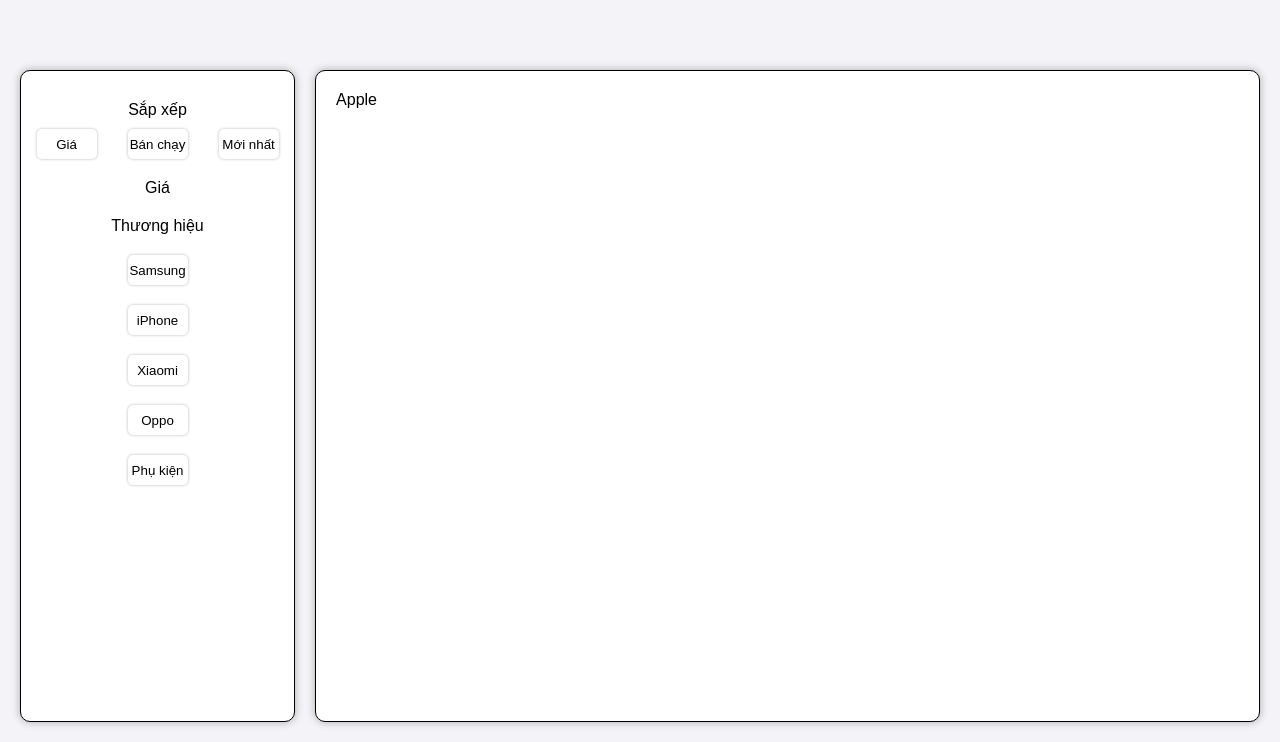
Repository: TrungSonQNIT2k4/ZENTECH
Page: showsp.html
The author's editor kept a copy of each file at every save. The page is drawn from the files as they stood at one save, then again after the next save.
The browser window is 1280 px wide. The pictures show the whole page.
Some web fonts or font styles are not loaded; a fallback is used.

Above is the page before, as saved 2024-11-22 21:49:40.

### showsp.html
<!DOCTYPE html>
<html lang="en">

<head>
    <meta charset="UTF-8">
    <meta name="viewport" content="width=device-width, initial-scale=1.0">
    <title>ZENTECH</title>
    <link rel="stylesheet" href="style.css">
    <link rel="icon" type="image/png" href="/Data/Image/ICONLOGOZ.png" />
    <link href="https://fonts.googleapis.com/css2?family=Francois+One&display=swap" rel="stylesheet">
</head>
<body>
    <div class="container_show_item">
        <div class="menu_choose">
            <div class="Sort">
                <p>Sắp xếp</p>
                <div class="tools">
                    <button>Giá</button>
                    <button>Bán chạy</button>
                    <button>Mới nhất</button>
                </div>
            </div>
            <div class="Price_choose">
                <p>Giá</p>
                <div></div>
            </div>
            <div class="Brand_choose">
                <p>Thương hiệu</p>
                <div class="Brand_tools">
                    <button>Samsung</button>
                    <button>iPhone</button>
                    <button>Xiaomi</button>
                    <button>Oppo</button>
                    <button>Phụ kiện</button>
                </div>
            </div>
        </div>
        <div class="Show_item">
            <div class="name_brand">
                Apple
            </div>
        </div>
    </div>
</body>
</html>

### style.css
*{
    padding: 0;
    margin: 0;
    font-family: 'Francois One', sans-serif;
}
body{
  background-color: #F4F4F8;
}
p{
  color: black;
}
a{
    text-decoration: none;
}
li{
    list-style-type: none;
}
.header{
    display: flex;
    position: fixed;
    background-color: #F4F4F8;
    height: 100px;
    top: 0;
    left: 0;
    width: 100%;
    z-index: 1000;
    box-shadow: 0 6px 10px rgba(0, 0, 0, 0.15);
}
.header_inner{
  width: 100%;
  background-color: #F4F4F8;
  display: flex;
  margin: 10px;
  margin: 10px;
  justify-content: space-between;
  align-items: center;
  position: relative;
}
.header_logo{
  margin-top: 15px;
  padding: 5px;
  height: 120px;
  width: 200px;
  transition: all 0.6s;
}
.header_logo:hover{
  transform: scale(1.05);
}
.globalnav-list{
  display: flex;
  align-items: center;
  font-size: 25px;
  font-family: 'Francois One', sans-serif;
  white-space: nowrap;
}
.globalnav-list-content{
  margin-left: 30px;
  margin-right: 30px;
  transition: all 0.1s;
}
.globalnav-list-content:hover{
  color: red;
}
.menu_item{
  margin: 0 1rem;
}
.menu_item:hover .menu_child{
  opacity: 1;
  visibility: visible;
}
.menu_child{
  background-color: whitesmoke;
  display: flex;
  position: absolute;
  top: 120%;
  left: 0;
  width: 97%;
  padding: 20px;
  border-radius: 20px;
  opacity: 0;
  visibility: hidden;
  justify-content: space-around;
  transition: opacity 0.25s ease, visibility 0.25s ease;
  box-shadow: 0 0 8px rgba(0, 0, 0, 0.15);
}
.menu_child-list p{
  transition: 0.1s;
}
.menu_child-list p:hover{
  color: red;
}
.globalnav-tool{
  display: flex;
  align-items: center;
  white-space: nowrap;
}
.globalnav-tool-content{
  margin-left: 30px;
  margin-right: 30px;
  transition:all 0.5s;
}
.globalnav-tool-content:hover{
  transform: scale(1.1);
}
.icon{
    height: 30px;
    width: 30px;
    margin-top: 5px;
    margin-right: 5px;
}
.container{
    margin-top: 120px;
    margin-bottom: 350px;
    min-height: 1300px;
    background-color: #F4F4F8;
    margin-bottom: 500px;
}
.slogan p{
  font-size: 20px;
  margin: 10px;
  text-align: center;
  color: red;
}
.banner{
  display: flex;
  justify-content: center;
  min-height: 450px;
  width: 1300px;
  margin-right: 30px;
  margin-left: 30px;
  white-space: nowrap;
}
.banner ul{
  padding: 0;
  margin: 0;
  list-style-type: none;
}
.banner-content img{
  border-radius: 10px;
  height: 450px;
  width: 1200px;
}
.smartphone{
  margin-left: 30px;
  margin-right: 30px;
  height: 60px;
  white-space: nowrap;
}
.smartphone ul {
  justify-content: space-around;
  display: flex;
  padding: 0;
  margin-bottom: 20px;
  list-style-type: none;
}

.smartphone li {
  display: flex;
}
.smartphone-content{
  margin: 10px;
  border-radius: 10px;
  border: none;
  background-color: rgba(255, 0, 0, 0);
}
.smartphone-content img{
  border-radius: 10%;
  height: 250px;
  width: 250px;
  box-shadow: 4px 4px 8px rgba(0, 0, 0, 0.3);
  transition: all 0.6s;
}
.smartphone-content img:hover{
  transform: scale(1.05);
  box-shadow: 6px 6px 12px rgba(0, 0, 0, 0.5);
}
.header-item{
  margin-left: 30px;
  margin-right: 30px;
  display: flex;
  justify-content: space-between;
}
.header-topic button{
  height: 30px;
  width: 300px;
  background-color: #D2B48C;
  border: none;
  border-radius: 5px;
}
.header-topic h3{
  transition: all 0.3s;
}
.header-topic h3:hover{
  color: white;
}
.other-link button{
  height: 30px;
  width: 80px;
  margin-left: 5px;
  margin-right: 5px;
  border-radius: 10px;
  transition: all 0.4s;
}
.other-link button:hover{
  transform: scale(1.05);
}
.other-link p:hover{
  color: red;
}
.smartphone-items{
  margin-left: 30px;
  margin-right: 30px;
  display: flex;
}

.smartphone-item button{
  height: 300px;
  width: 240px;
  border-radius: 10px;
  border: none;
  background-color: white;
  box-shadow: 4px 4px 8px rgba(0, 0, 0, 0.3);
  transition: all 0.6s;
}
.smartphone-item button:hover{
  transform: scale(1.05);
}
.smartphone-item img{
  height: 190px;
  width: 180px;
  margin-bottom: 10px;
}
.smartphone-item p{
  font-size: 20px;
  font-weight: 100;
}
.price{
  color: red;
}
::-webkit-scrollbar {
  width: 12px;
  height: 12px;
}

/* Phần thanh kéo */
::-webkit-scrollbar-thumb {
  background-color: #888;
  border-radius: 10px;
  border: 3px solid #f1f1f1;
}

/* Phần đường ray */
::-webkit-scrollbar-track {
  background-color: #f1f1f1;
  border-radius: 10px;
}

/* Phần thanh cuộn khi hover */
::-webkit-scrollbar-thumb:hover {
  background-color: #555;
}
.footer{
    background-color: #F4F4F8;
    min-height: 50px;
    padding: 30px;
    bottom:0;
    margin-right: 30px;
    margin-left: 30px;
    border-radius: 10px;
    box-shadow: 0 -1px 10px rgba(0, 0, 0, 0.15);
}
.footer-menu{
  display: flex;
  justify-content: space-between;
}
.footer-menu-list p{
  transition: all 0.1s;
}
.footer-menu-list p:hover{
  color: red;
}
.footer-tool{
  margin-top: 20px;
  display: flex;
  justify-content: space-around;
}
.footer-tool-list  img{
  height: 90px;
  width: 180px;
}
.footer-menu-contact{
  display: flex;
  justify-content: center;
}
.footer-menu-contact img{
  margin-right: 10px;
  height: 50px;
  width: 50px;
  border-radius: 100%;
  transition: all 0.5s;
}
.footer-menu-contact img:hover{
  transform: scale(1.05);
}
.footer-tool-bank{
  display: flex;
  justify-content: center;
}
.footer-tool-bank img{
  margin-right: 10px;
  height: 50px;
  width: 50px;
  border-radius: 100%;
  transition: all 0.5s;
}
.footer-tool-bank img:hover{
  transform: scale(1.05);
}
.copyright{
  font-size: 12px;
  display: flex;
  justify-content: center;
}
/* showsp_html */
.container_show_item{
  display: flex;
  padding: 20px;
}
.menu_choose{
  margin-right: 20px;
  margin-top: 50px;
  border: 1px solid;
  border-radius: 10px;
  width: 300px;
  height: 650px;
  box-shadow: 0px 0px 8px rgba(0, 0, 0, 0.3);
  background-color: white;
}
.menu_choose p{
  display: flex;
  justify-content: center;
}
.Sort{
  margin-top: 30px;
}
.tools{
  margin-top: 10px;
  display: flex;
  justify-content: space-around;
}
.tools button{
  height: 30px;
  width: 60px;
  border-radius: 5px;
  border: none;
  transition: 0.8s;
  box-shadow: 0px 0px 3px rgba(0, 0, 0, 0.3);
  background-color: white;
}
.tools button:hover{
  transform: scale(1.1);
  color: red;
}
.Price_choose{
  margin-top: 20px;
}
.Brand_choose{
  margin-top: 20px;
}
.Brand_tools{
  margin: 10px;
  display: grid;
  justify-content: center;
}
.Brand_tools button{
  background-color: white;
  margin: 10px;
  height: 30px;
  width: 60px;
  border-radius: 5px;
  border: none;
  transition: 0.8s;
  box-shadow: 0px 0px 3px rgba(0, 0, 0, 0.3);
}
.Brand_tools button:hover{
  transform: scale(1.1);
  color: red;
}
.Show_item{
  border-radius: 10px;
  margin-top: 50px;
  width: 80%;
  height: auto;
  border: 1px solid;
  box-shadow: 0px 0px 8px rgba(0, 0, 0, 0.3);
  background-color: white;
  padding: 20px;
}

After the next save:
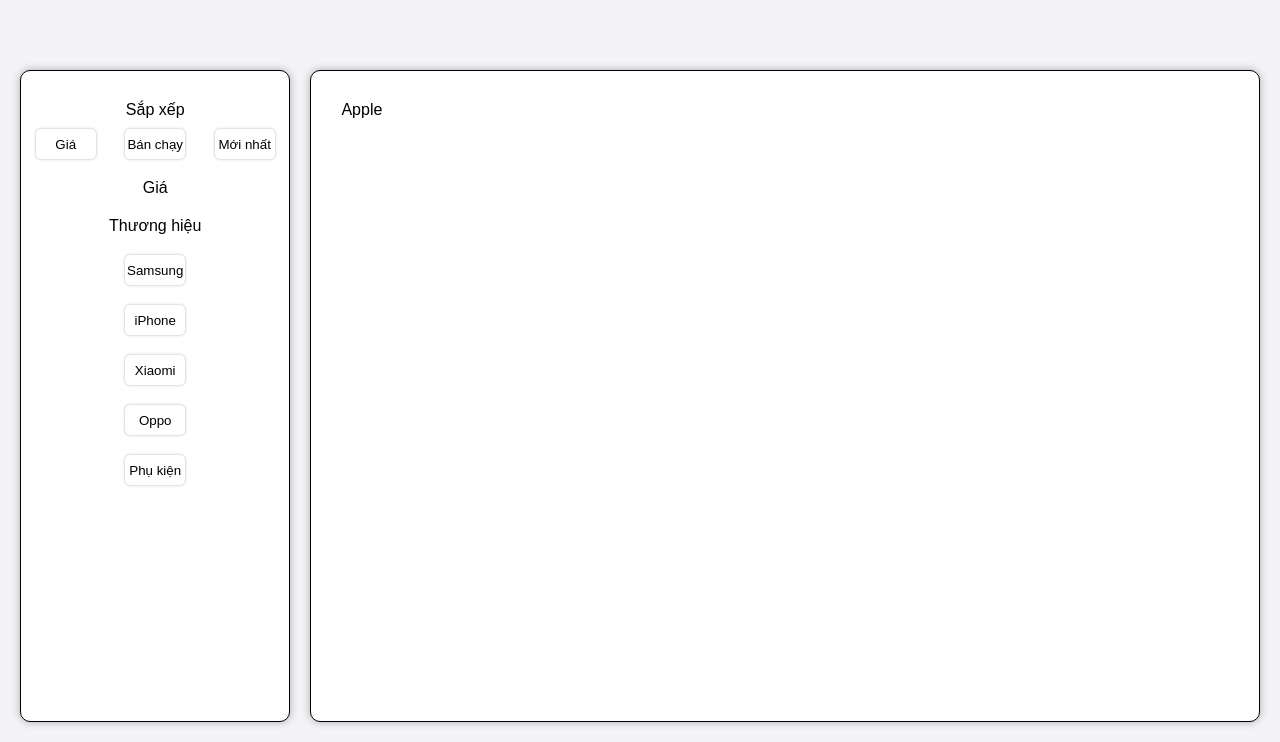
Saved 10 s later.
--- a/style.css
+++ b/style.css
@@ -394,5 +394,5 @@
   border: 1px solid;
   box-shadow: 0px 0px 8px rgba(0, 0, 0, 0.3);
   background-color: white;
-  padding: 20px;
-}
+  padding: 30px;
+}
